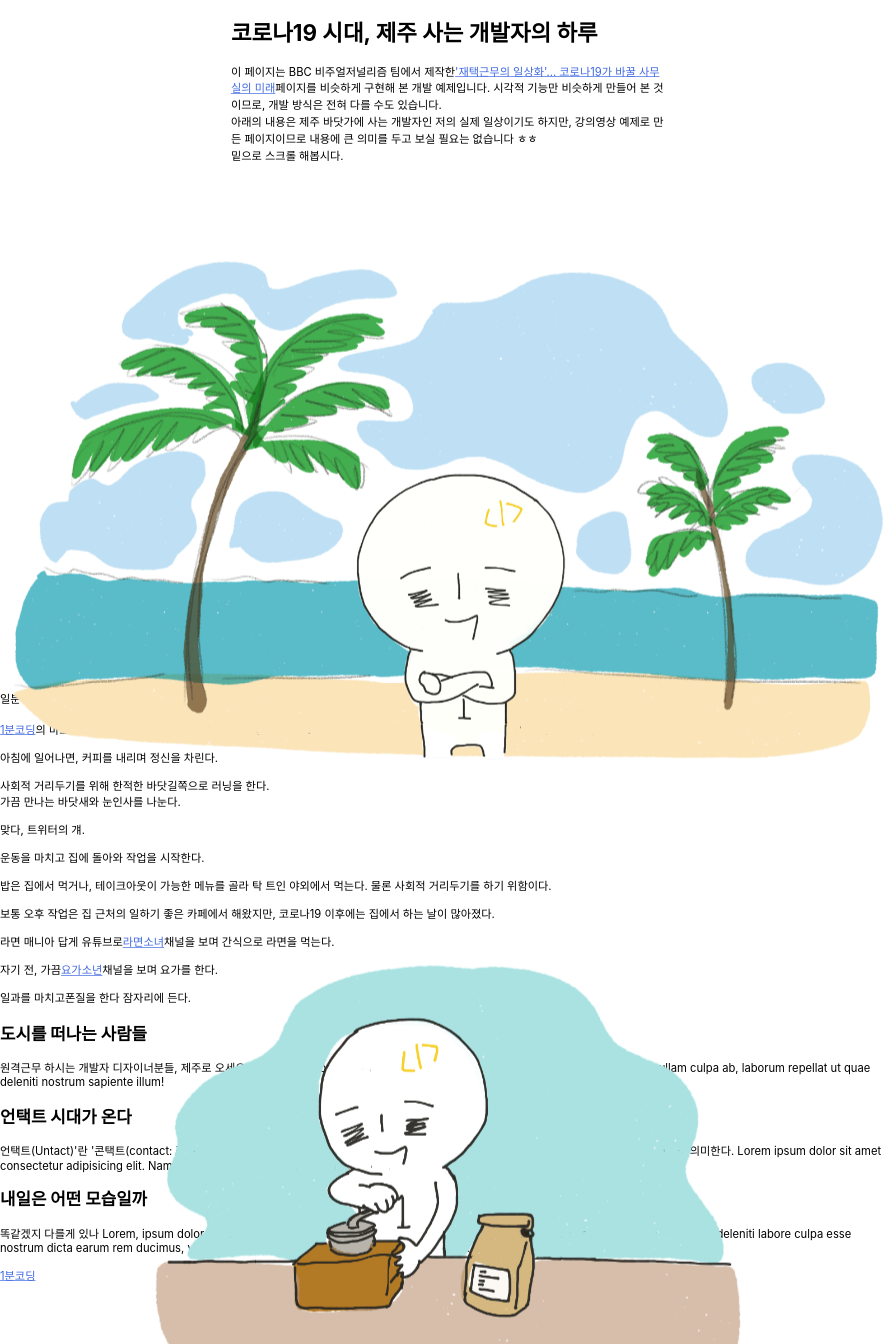
Repository: westone034626/ReactPractice
Page: /
An editor plug-in stored every save of this project. The page is shown before and after the next save, followed by the edit.
The browser window is 1280 px wide. The pictures show the part of the page from y = 0 to 1920 px (the page is 9105 px tall before and 1833 px after), at 70% of full size.
The project was rebuilt for these pictures with package versions that can differ from the ones it lists, and the page was loaded fresh each time. Also part of the build but not shown: src/App.css.

Above is the page before, as saved 2021-10-31 23:30:20.

After the next save:
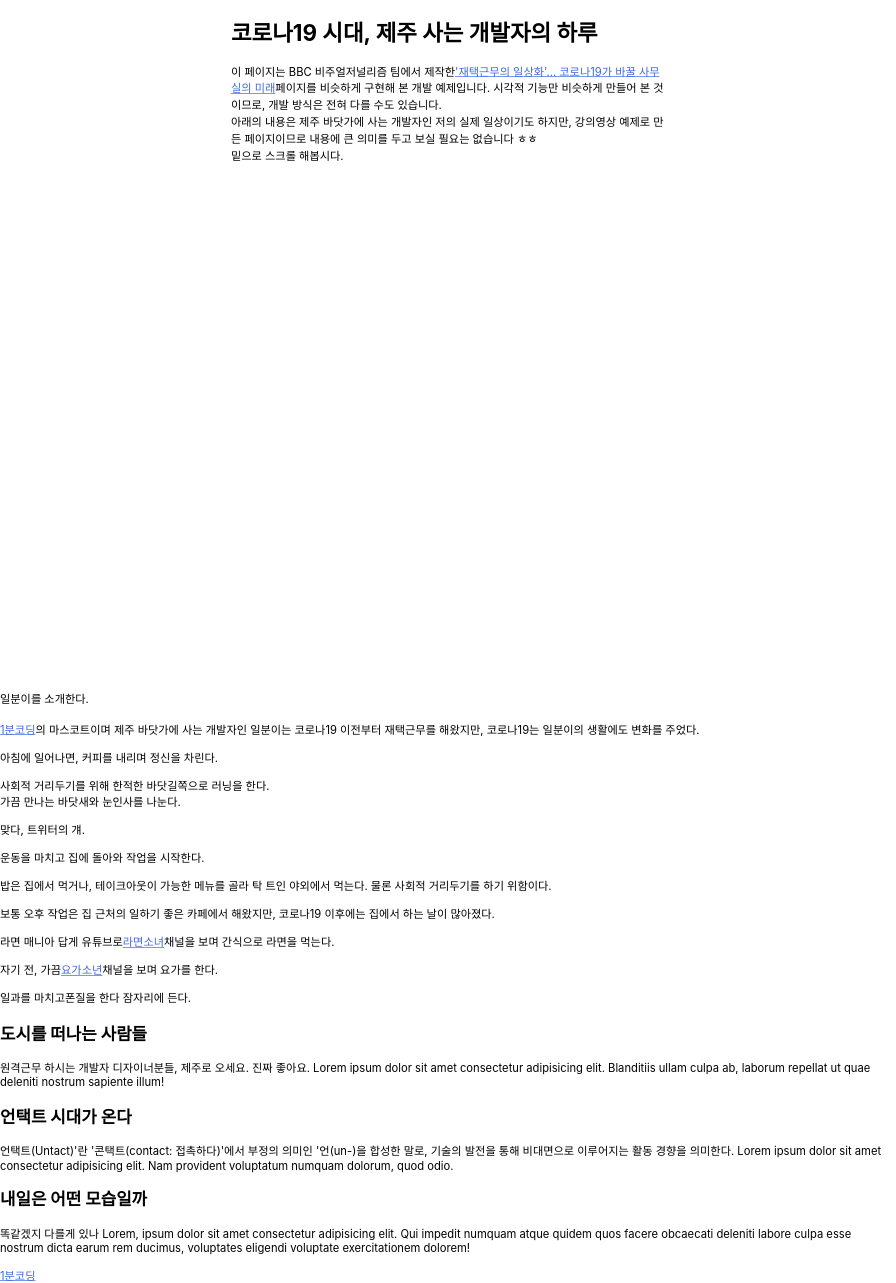
Saved 9 s later.
--- a/src/App.js
+++ b/src/App.js
@@ -30,34 +30,34 @@ function App() {
       </div>
       <div className={styles.scrollContent}>
         <div className={styles.scrollGraphic}>
-          <div className="graphicItem">
+          <div className={styles.graphicItem}>
             <img className="sceneImg" src="img/00.png" alt="" />
           </div>
-          <div className="graphicItem">
+          <div className={styles.graphicItem}>
             <img className="sceneImg" src="img/01.png" alt="" />
           </div>
-          <div className="graphicItem" data-action="birdFlies">
+          <div className={styles.graphicItem} data-action="birdFlies">
             <img className="sceneImg" src="img/02.png" alt="" />
           </div>
-          <div className="graphicItem">
+          <div className={styles.graphicItem}>
             <img className="sceneImg" src="img/bird.gif" alt="" />
           </div>
-          <div className="graphicItem">
+          <div className={styles.graphicItem}>
             <img className="sceneImg" src="img/03.png" alt="" />
           </div>
-          <div className="graphicItem" data-action="birdFlies2">
+          <div className={styles.graphicItem} data-action="birdFlies2">
             <img className="sceneImg" src="img/04.png" alt="" />
           </div>
-          <div className="graphicItem">
+          <div className={styles.graphicItem}>
             <img className="sceneImg" src="img/05.png" alt="" />
           </div>
-          <div className="graphicItem">
+          <div className={styles.graphicItem}>
             <img className="sceneImg" src="img/06.png" alt="" />
           </div>
-          <div className="graphicItem">
+          <div className={styles.graphicItem}>
             <img className="sceneImg" src="img/07.png" alt="" />
           </div>
-          <div className="graphicItem">
+          <div className={styles.graphicItem}>
             <img className="sceneImg" src="img/08.png" alt="" />
           </div>
         </div>
